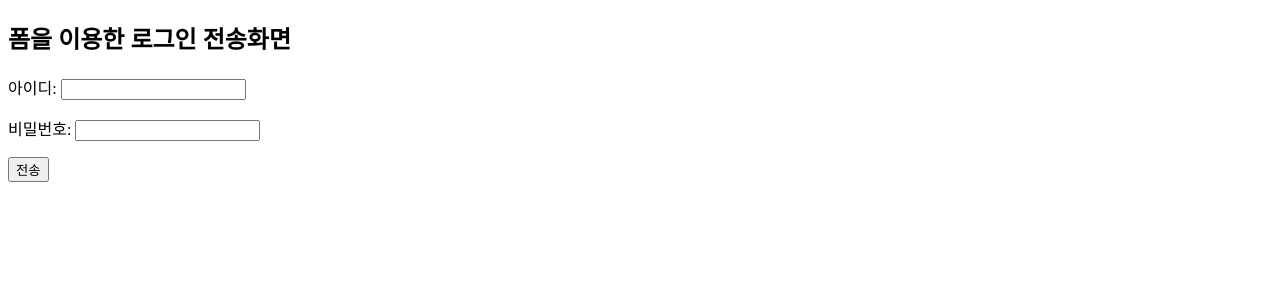
Repository: jihyeon00/java_web_sol
Page: http://localhost/jspweb_07/form_login.jsp
The author's editor kept a copy of each file at every save. The page is drawn from the files as they stood at one save, then again after the next save.
The browser window is 1280 px wide. The pictures show the whole page.
The page is served by Tomcat 9.

Above is the page before, as saved 2024-01-11 01:50:11.

After the next save:
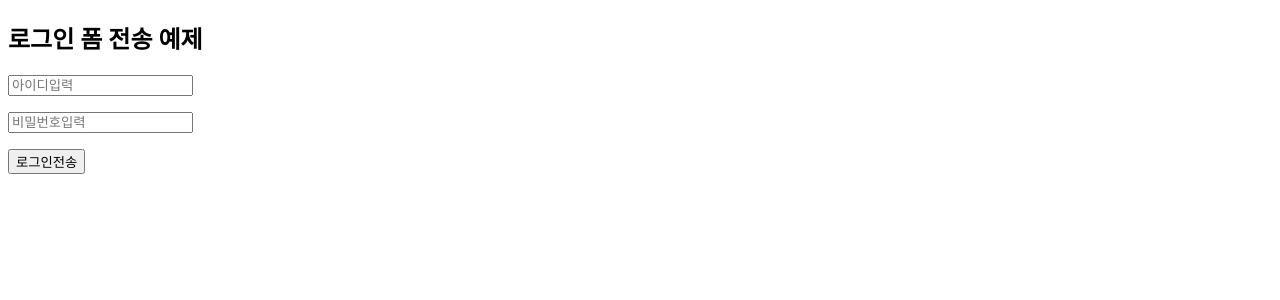
Saved 20 min 43 s later.
--- a/workspace_stsb/jspweb_07/src/main/webapp/form_login.jsp
+++ b/workspace_stsb/jspweb_07/src/main/webapp/form_login.jsp
@@ -7,24 +7,17 @@
 <title>Insert title here</title>
 </head>
 <body>
-	<h2>폼을 이용한 로그인 전송화면</h2>
 
-	<form action="pro_login.jsp" method="post">
+   <h2>로그인 폼 전송 예제</h2>
 
-		<p>
-			<label>아이디: </label>
-			<input type="text" name="userId">
-		</p>
+   <form action="pro_login.jsp" method="post">
 
-		<p>
-			<label>비밀번호: </label>
-			<input type="password" name="password">
-		</p>
+   <P><input type ="text" name ="id" placeholder="아이디입력"></P>
+   <P><input type ="password" name ="pw" placeholder="비밀번호입력">   </P>
+   <P><input type ="submit" value ="로그인전송"></P>
 
-		<p>
-			<input type="submit" value="전송">
-		</p>
+   </form>
 
-	</form>
+
 </body>
 </html>
